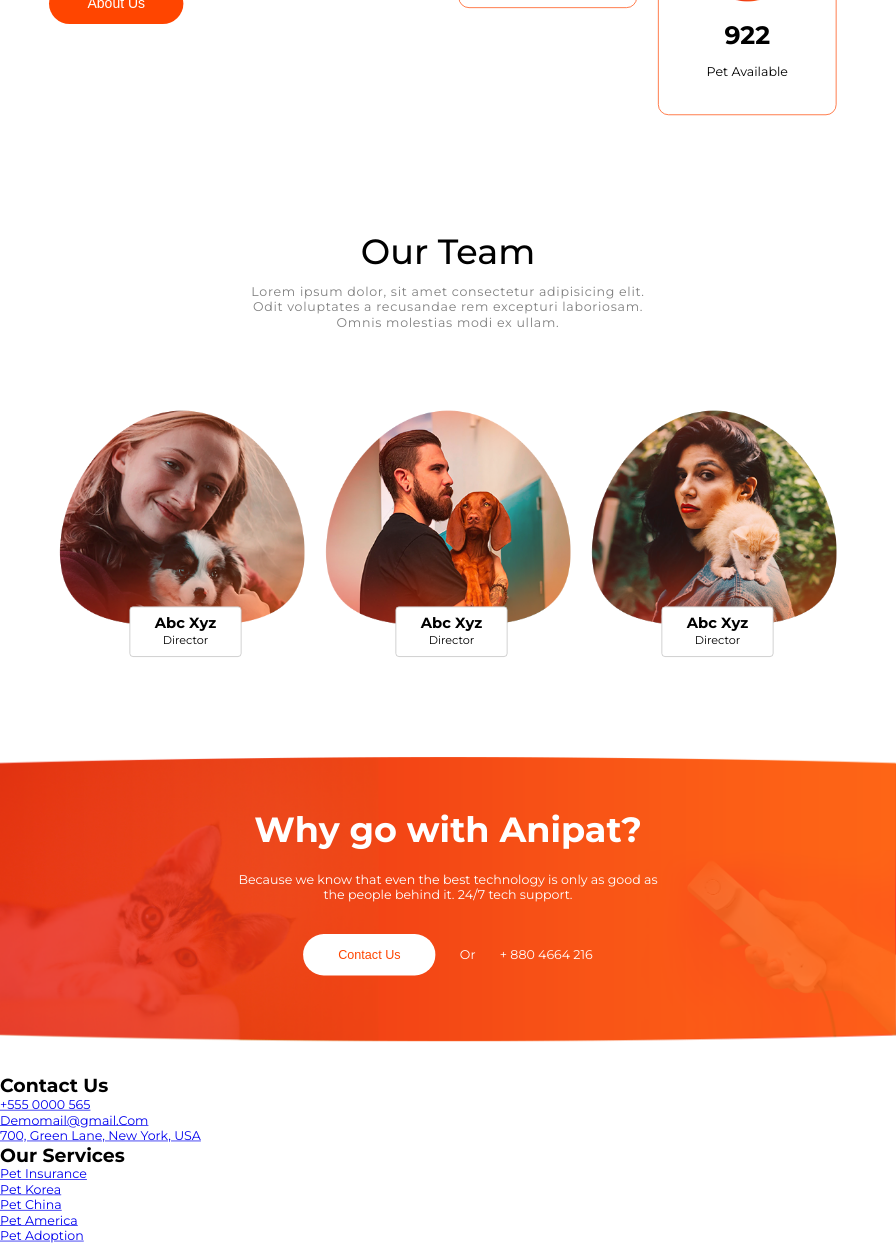
Repository: giahuy405/Day_2_Anipat
Page: index.html
An editor plug-in stored every save of this project. The page is shown before and after the next save, followed by the edit.
The browser window is 1280 px wide. The pictures show the part of the page from y = 2788 to 4708 px (the page is 4565 px tall before and 4708 px after), at 70% of full size.

Above is the page before, as saved 2022-09-09 00:20:25.

After the next save:
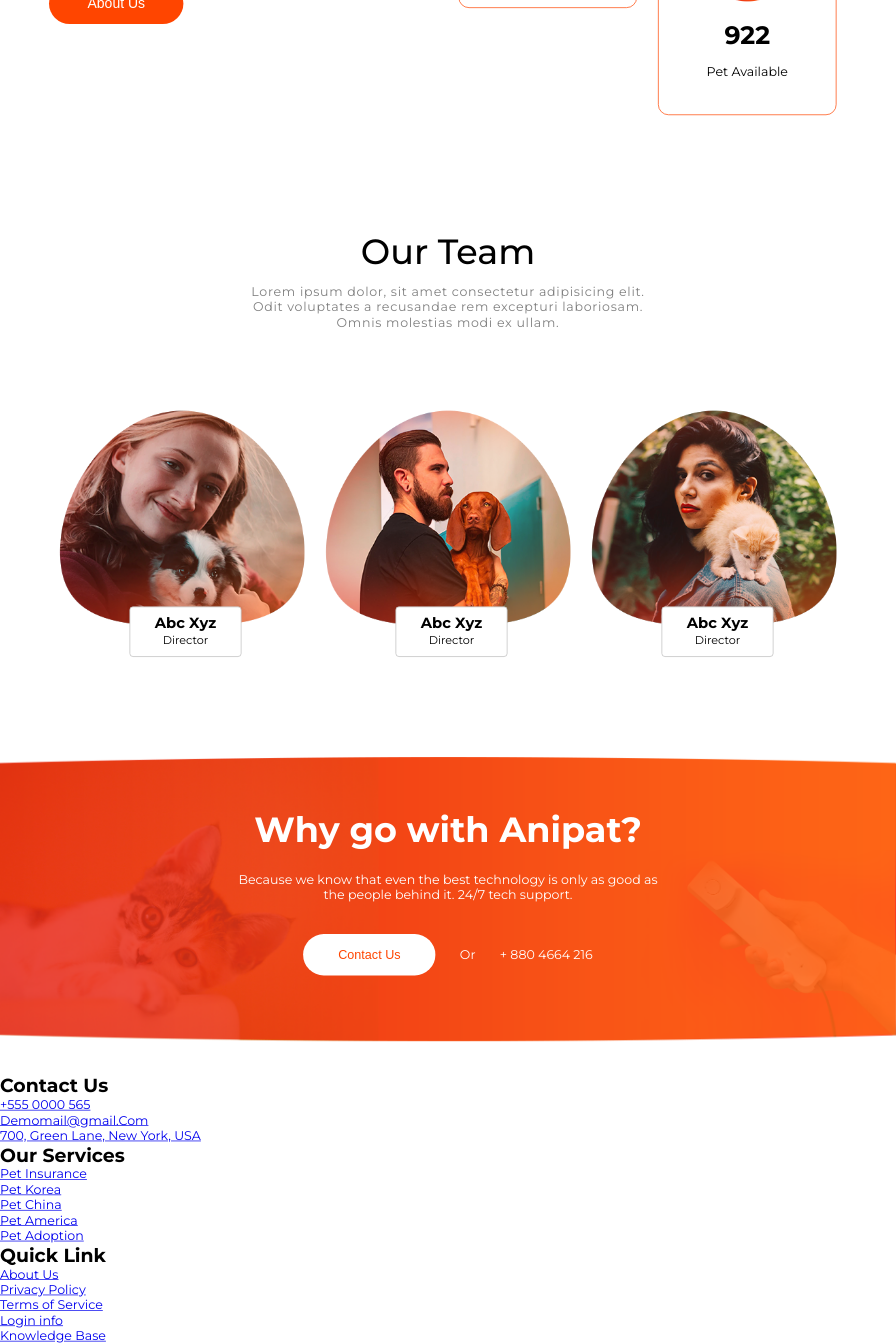
Saved 71 s later.
--- a/index.html
+++ b/index.html
@@ -209,8 +209,18 @@
                 <li><a href="#">Pet Adoption</a></li>
             </ul>
         </div>
+        <div class="footer__item">
+            <h2>Quick Link</h2>
+            <ul>
+                <li><a href="#">About Us</a></li>
+                <li><a href="#">Privacy Policy</a></li>
+                <li><a href="#">Terms of Service</a></li>
+                <li><a href="#">Login info</a></li>
+                <li><a href="#">Knowledge Base</a></li>
+            </ul>
+        </div>
         <div class="footer__item"></div>
-        <div class="footer__item"></div>
+        <div class="clear"></div>
     </div>
 </body>
 </html>
